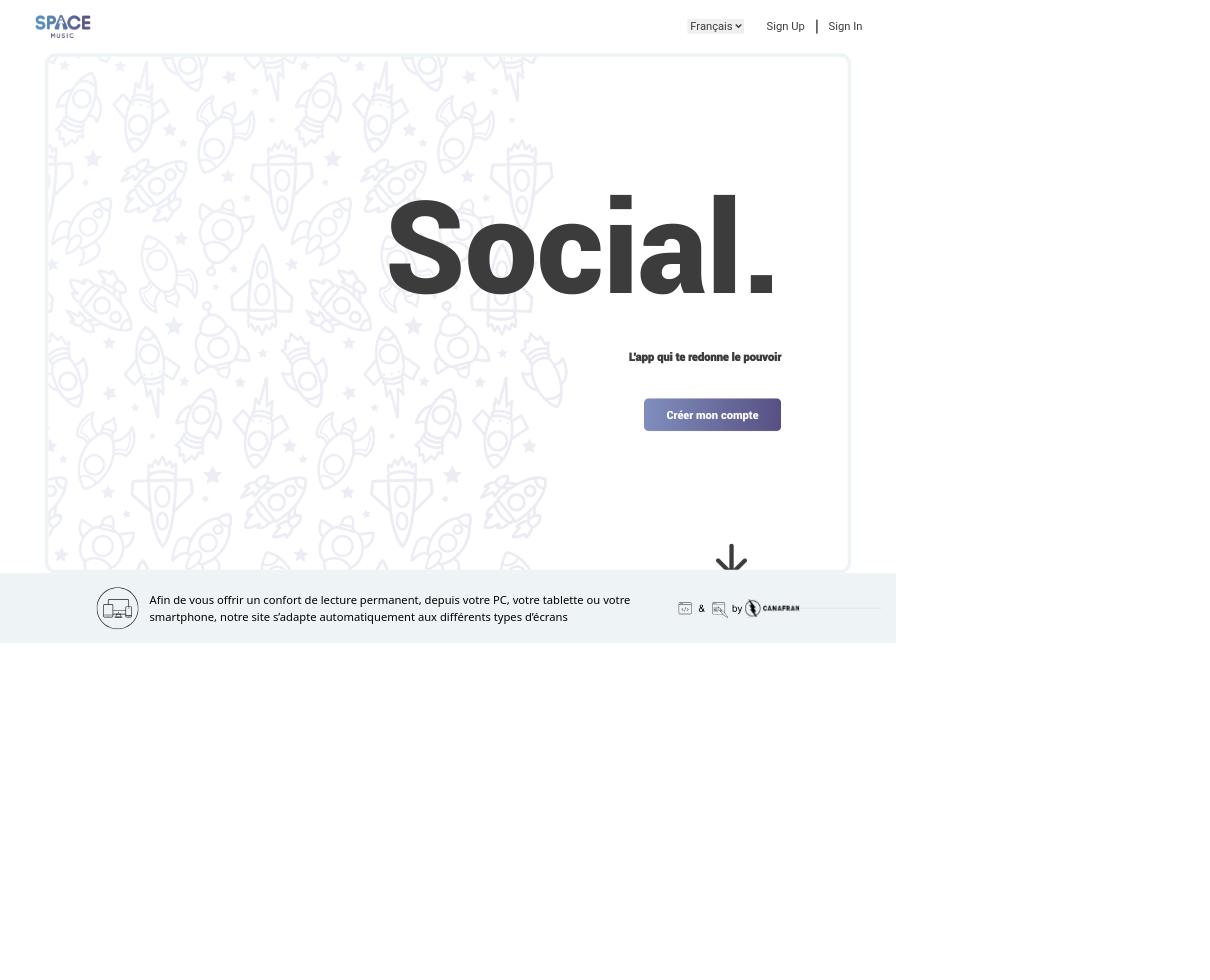
Repository: karalyh/landing-experts
Page: /
The author's editor kept a copy of each file at every save. The page is drawn from the files as they stood at one save, then again after the next save.
The browser window is 1280 px wide. The page is 1729 px wide, then 1280 px, so the pictures cover 1729 px, including what lies to the right of the window. The pictures show the part of the page from y = 0 to 1400 px (the page is 3028 px tall before and 5176 px after), at 70% of full size.
The project was rebuilt for these pictures with package versions that can differ from the ones it lists, and the page was loaded fresh each time. The framework's server and built-in components were replaced by stand-ins that run in the browser. Also part of the build but not shown: next.config.js.

Above is the page before, as saved 2022-09-23 12:12:32.

After the next save:
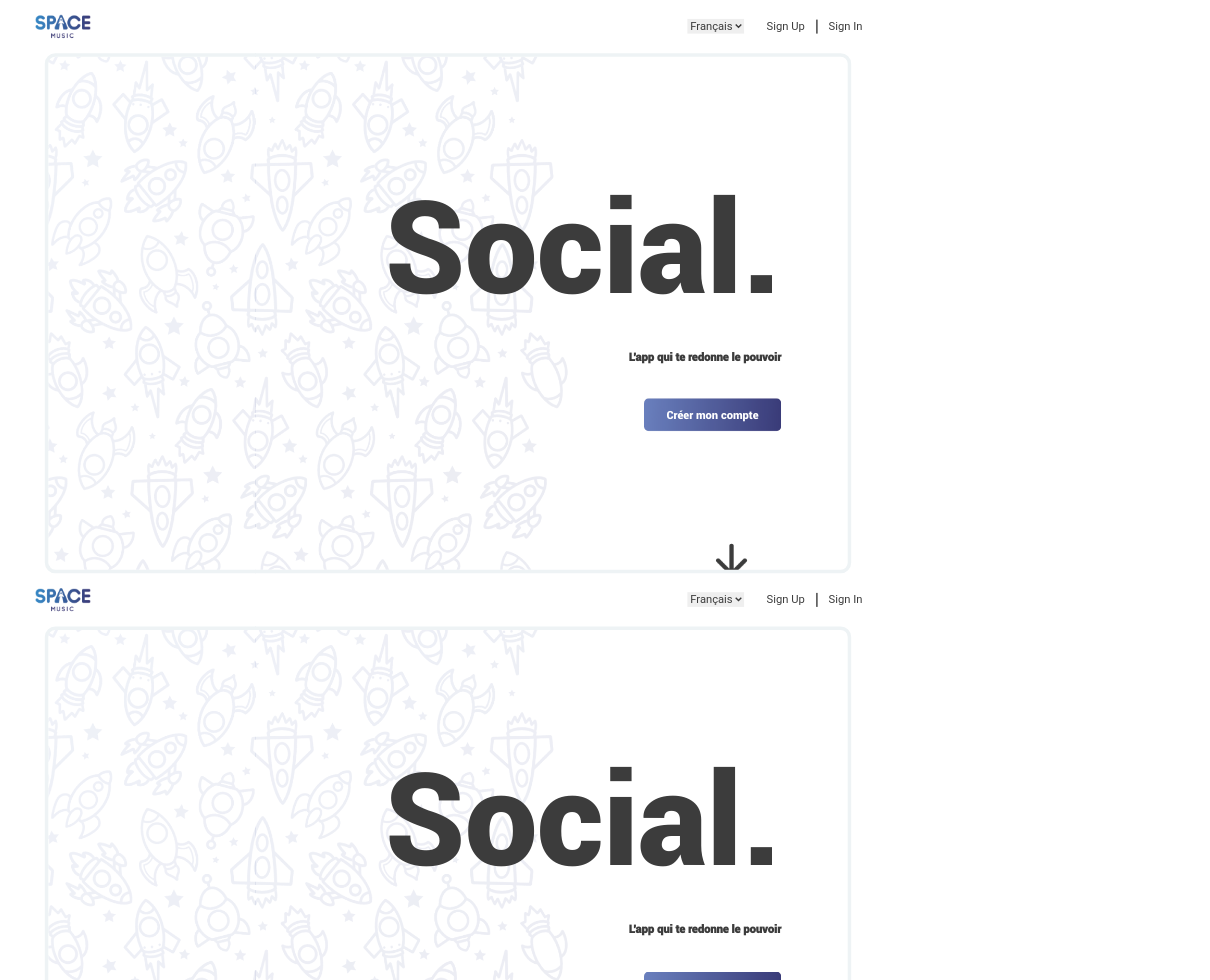
Saved 6 min 8 s later.
--- a/pages/index.tsx
+++ b/pages/index.tsx
@@ -13,14 +13,14 @@ import Section6 from '../components/Section6'
 const Home: NextPage = () => {
   return (
     <div >
-      {/* <NavBar />
+      <NavBar />
       <Header />
-      <Section1 /> */}
-      <Section2 />
-        {/* <Section3 />
-        <Section4 />
-        <Section5 />
-        <Section6 /> */}
+      <Section1 />
+      {/* <Section2 /> */}
+      <Section3 />
+      <Section4 />
+      <Section5 />
+      <Section6 />
 
 
 
